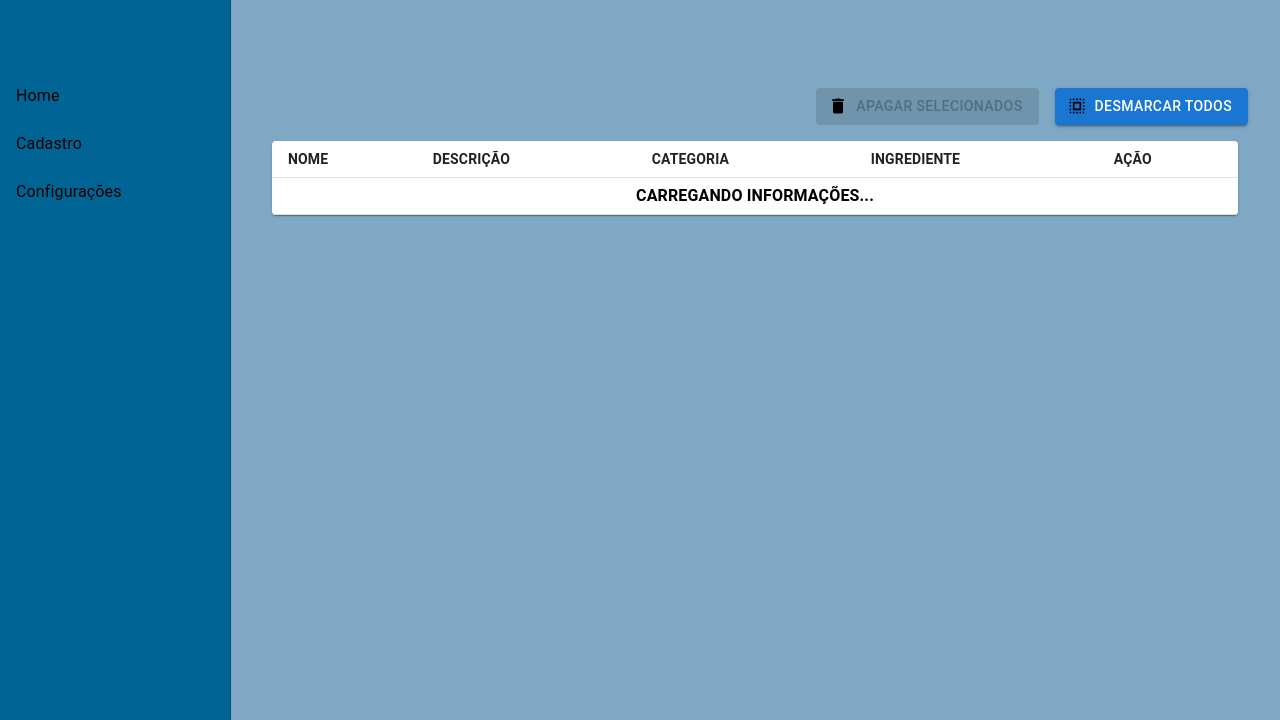
Repository: oZanella/projeto_windel_web_CRM
Page: /
These files come from the project's save history. The page is drawn as it stood at one moment and after the next save; the edit follows.
The browser window is 1280 px wide. The pictures show the whole page.
The page's requests for data from a server got no answer. The project was rebuilt for these pictures with package versions that can differ from the ones it lists, and the page was loaded fresh each time. No one was signed in, and anything a server would have sent is missing. Also part of the build but not shown: vite.config.js, src/routes/Configuracoes.jsx. Imported but missing from the stored project, and not drawn on this page: src/routes/Cadastro.jsx.

Above is the page before, as saved 2024-08-19 08:46:39.

After the next save:
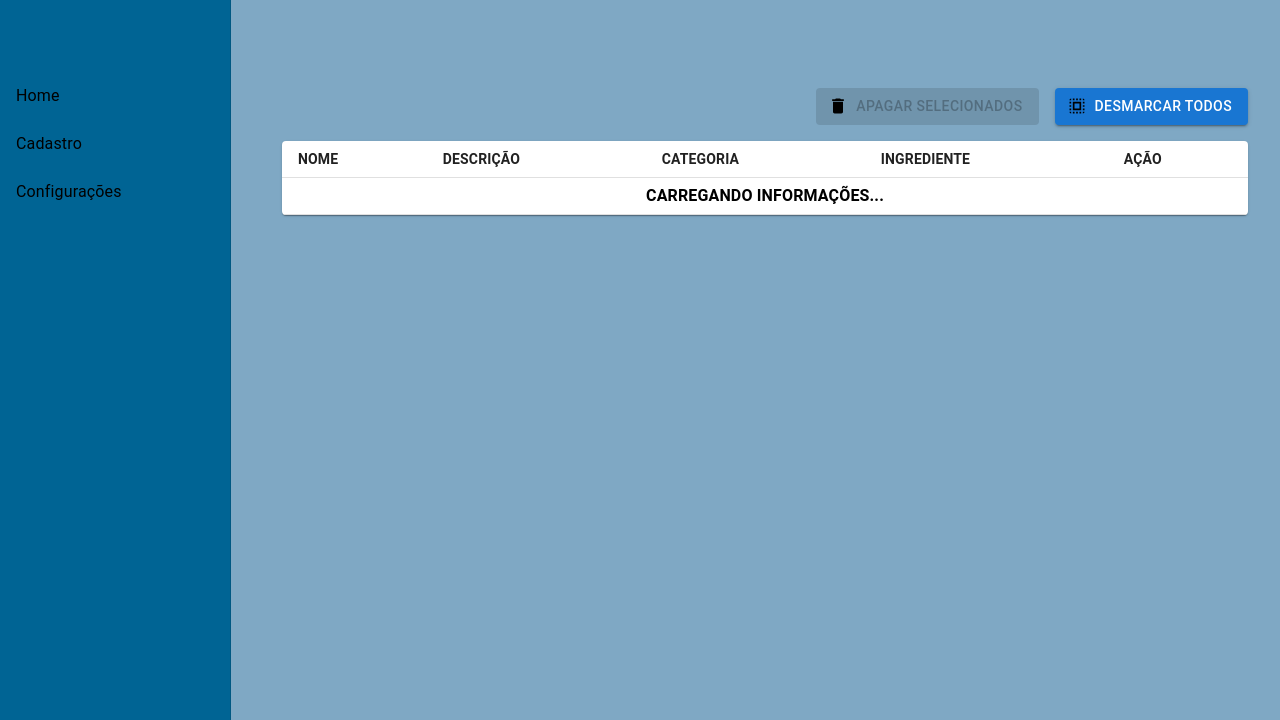
Saved 15 s later.
--- a/src/components/TableHome.jsx
+++ b/src/components/TableHome.jsx
@@ -119,7 +119,7 @@ export const CardDados = ({
       </Box>
 
       {/* Tabela aonde aparece os dados */}
-      <TableContainer component={Paper} sx={{ overflowX: 'auto', width: { xs: '100%', sm: 'calc(100% - 250px)' }, ml: { sm: '240px' } }}>
+      <TableContainer component={Paper} sx={{ overflowX: 'auto', width: { xs: '100%', sm: 'calc(100% - 250px)' }, ml: { sm: '250px' } }}>
         <Table size='small'>
           <TableHead>
             <TableRow>
